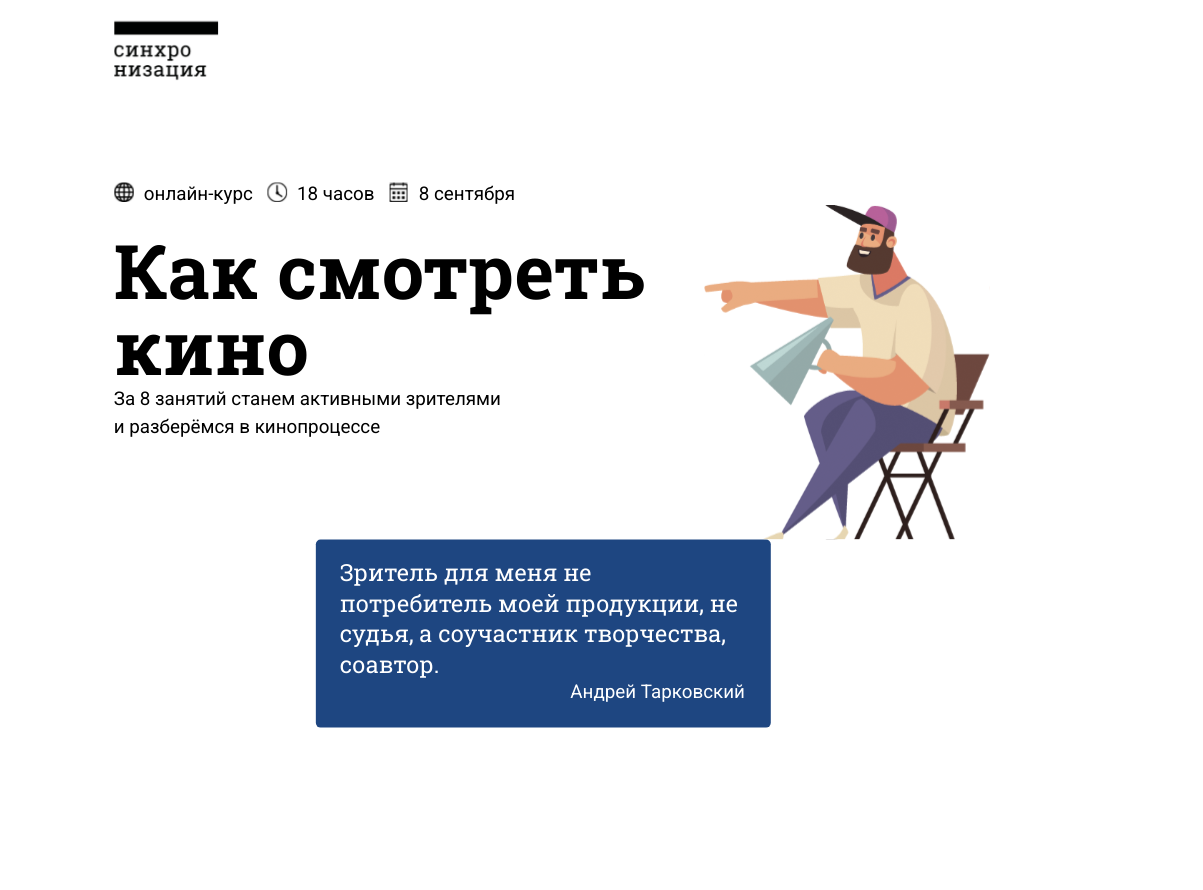
Repository: HeybetzadeQedim/task-2
Page: index.html
The author's editor kept a copy of each file at every save. The page is drawn from the files as they stood at one save, then again after a run of saves.
The browser window is 1280 px wide. The pictures show the whole page, at 94% of full size.

Above is the page before, as saved 2023-10-04 16:06:02.

After the next 3 saves:
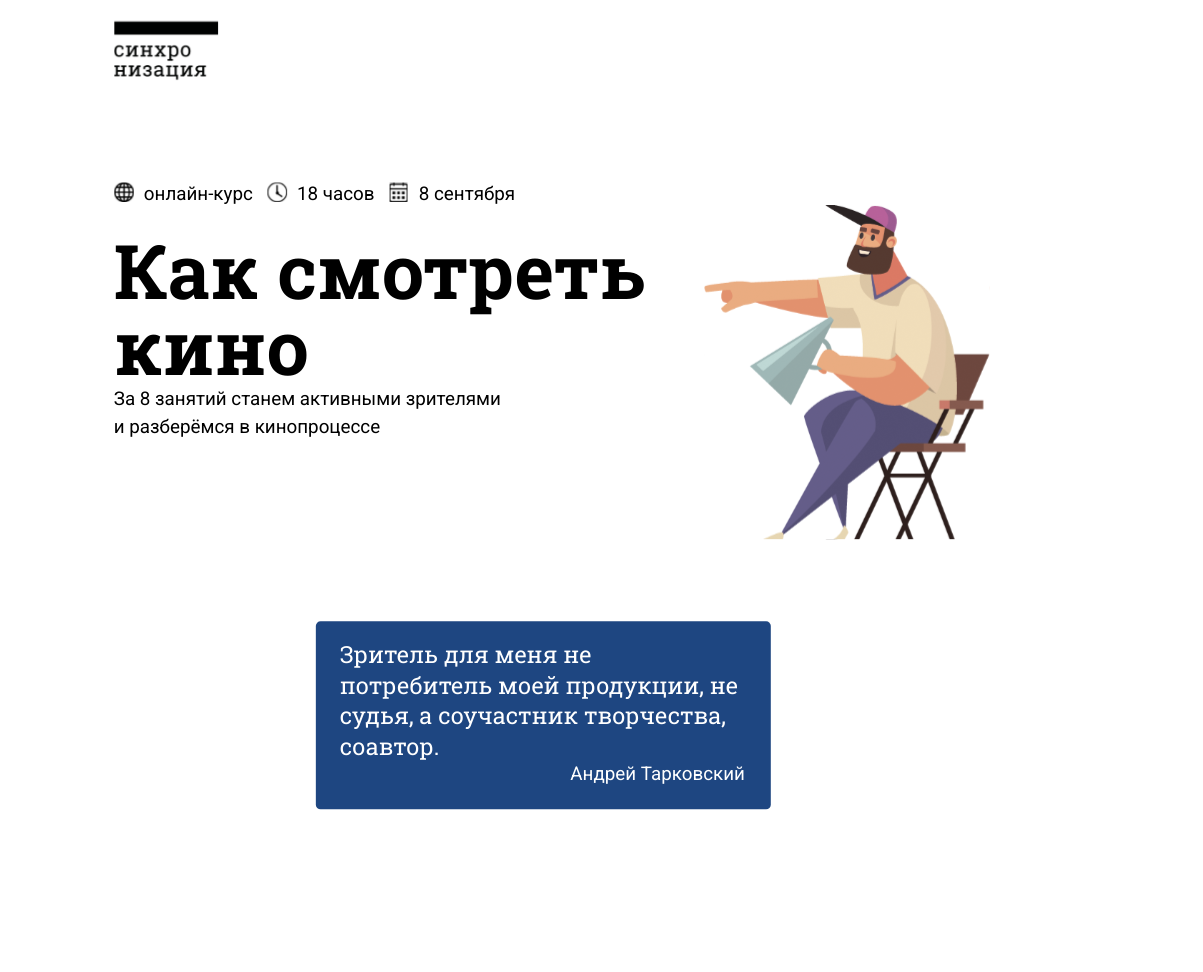
The 3 saves are shown as one change because they came seconds apart.
The last was saved 17 s later.
--- a/index.css
+++ b/index.css
@@ -77,6 +77,7 @@ h1 {
   height: 200px;
   /* margin: 87px 0 173px 409px; */
   margin: auto;
+  margin-top: 87px;
   border-radius: 5px;
   background: #1e4681;
   padding: 19px 27px 68px 26px;
